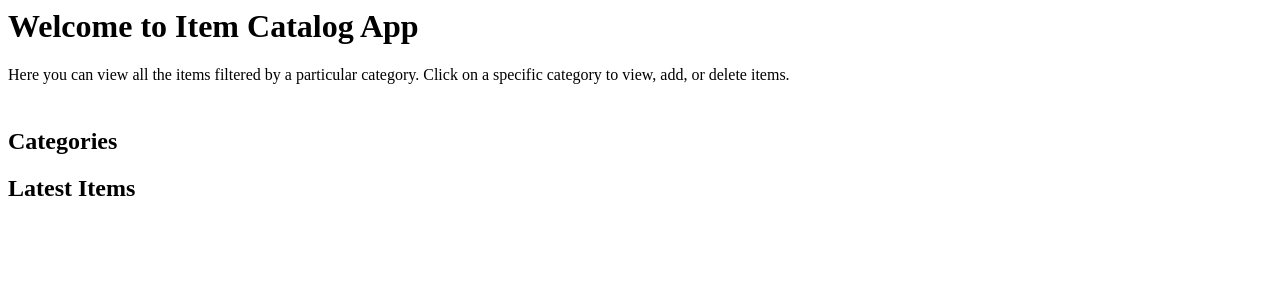
Repository: RakshithHebbar/Udacity_Item_Catalog
Page: templates/index.html
An editor plug-in stored every save of this project. The page is shown before and after the next save, followed by the edit.
The browser window is 1280 px wide. The pictures show the whole page.
The template is drawn by Flask 3. The application's start-up code is not run. Other server files are loaded and not shown. The template is opened directly, without the code that normally fills it, so the values that code supplies are empty.

Above is the page before, as saved 2019-12-02 12:10:13.

### templates/index.html
<div class="container sections">
    <div class="row">
        <div class="col-md-12">
            <h1>Welcome to Item Catalog App</h1>
            <p>Here you can view all the items filtered by a particular category. Click on a specific category to view, add, or delete items.
            </p>
        </div>
      </div>
</div>
<div class="container sections">
<div class="row">
    <div class="col-md-3" style="background-color:white; padding-top: 8px;">
        <h2>Categories</h2>
            {% for i in categories %}
                <div class="menu-item">
                    <h3>{{i.name}}</h3>
                </div>
            {% endfor %}
    </div>
    <div class="offset-md-1"></div>
    <div class="col-md-8">
        <h2>Latest Items</h2>
            {% for i in items %}
                <div class="menu-item">
                    <h3>{{i.name}}({{i.category.name}})</h3>
                </div>
            {% endfor %}
    </div>

</div>

After the next save:
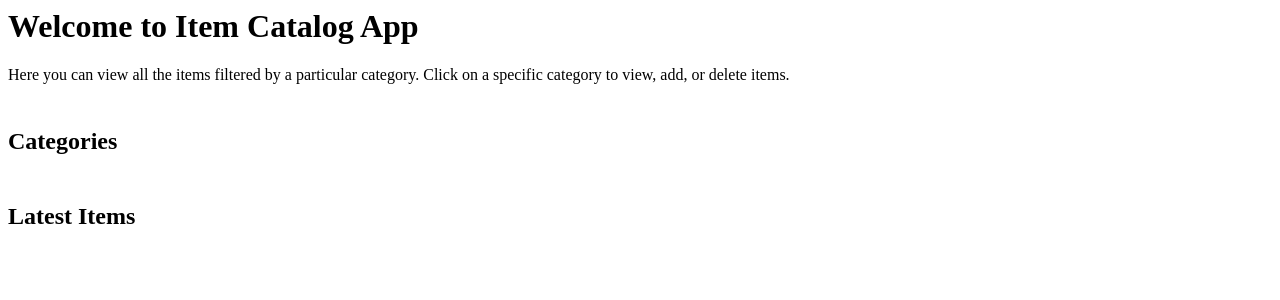
Saved 17 s later.
--- a/templates/index.html
+++ b/templates/index.html
@@ -18,7 +18,7 @@
             {% endfor %}
     </div>
     <div class="offset-md-1"></div>
-    <div class="col-md-8">
+    <div class="col-md-8" style="background-color:white; padding-top: 8px;">
         <h2>Latest Items</h2>
             {% for i in items %}
                 <div class="menu-item">
